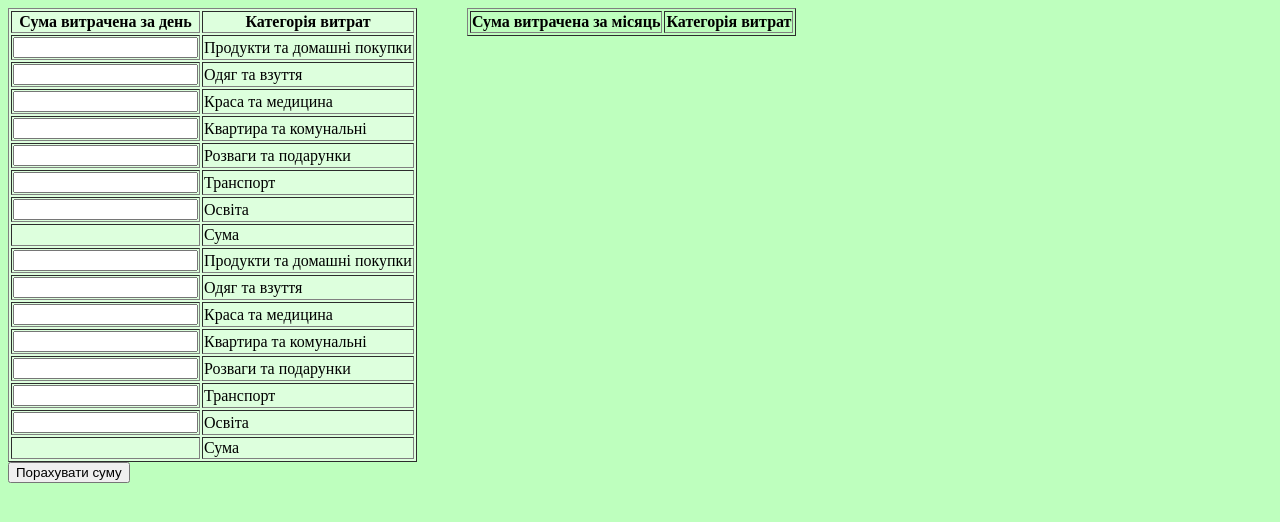
Repository: alexandrastarovoyda-star/Planer2
Page: index.html
The author's editor kept a copy of each file at every save. The page is drawn from the files as they stood at one save, then again after the next save.
The browser window is 1280 px wide. The pictures show the whole page.

Above is the page before, as saved 2026-03-25 22:03:37.

### index.html
<!DOCTYPE html>
<html lang="uk">
    <head>
            <meta charset="UTF-8">
            <title>Планер бюджету</title>
            <link rel="stylesheet" href="css/all.css">
            <link rel="stylesheet" href="css/index.css">
    </head>
    <body>
        <div class="table_ghorisontal">
            <div>
            <table border="1" class="table_calculator" id="day_spend_table">
                <tr>
                    <th>Сума витрачена за день</th>
                    <th>Категорія витрат</th>
                </tr>
            </table>
            <button id="Calculate_sum">Порахувати суму</button>
            </div>
            <div>
            <table border="1" class="table_calculator" id="month_spend_table">
                <tr>
                    <th>Сума витрачена за місяць</th>
                    <th>Категорія витрат</th>
                </tr>
            </table>
            </div>
        </div>
    <script src="js/index.js"></script>
    </body>
</html>

### css/all.css
body{
    background: rgba(172, 255, 172, 0.781);
}

### css/index.css
#day_spend_table{
    background: rgba(255, 255, 255, 0.466);
}

.table_ghorisontal{
    display: flex;
    gap: 50px;
}

### js/index.js
{
    const list1 = ['Продукти та домашні покупки', 'Одяг та взуття', 'Краса та медицина', 'Квартира та комунальні', 'Розваги та подарунки', 'Транспорт', 'Освіта'];

    list1.forEach(Myfunction);
    LoadData();

    function Myfunction(value, id){
        const tr = document.createElement('tr');
        const td1 = document.createElement('td');
        const td2 = document.createElement('td');
        const input = document.createElement('input');
        input.type = 'number';
        input.id = `input_${id}_day_spend_table`;
        input.addEventListener('input', SaveData);
        td2.textContent = value;
        td1.appendChild(input);
        tr.appendChild(td1);
        tr.appendChild(td2);
        document.getElementById('day_spend_table').appendChild(tr);
    };

    const tr = document.createElement('tr');
    const td1 = document.createElement('td');
    const td2 = document.createElement('td');
    td1.id = `sum1`;
    td2.textContent = 'Сума';
    tr.appendChild(td1);
    tr.appendChild(td2);
    document.getElementById('day_spend_table').appendChild(tr);

    function CalculeteSum(){
        let sum = 0;
        const inputs = document.querySelectorAll('#day_spend_table input');

        inputs.forEach(function(input){
            const value = Number(input.value);
            if(!isNaN(value)){
                sum += value;
            };
        });
        document.getElementById('sum1').textContent = sum;
    };

    document.getElementById('Calculate_sum').onclick = CalculeteSum;

    function SaveData(){
        const inputs = document.querySelectorAll('#day_spend_table input');
        inputs.forEach(function (input){
            localStorage.setItem(input.id, input.value);
        });
    };

    function LoadData (){
        const inputs = document.querySelectorAll('#day_spend_table input');
        inputs.forEach(function(input){
            const saved = localStorage.getItem(input.id);
            if(saved !== null)
                input.value = saved;
        });
    };
}

{
    const list1 = ['Продукти та домашні покупки', 'Одяг та взуття', 'Краса та медицина', 'Квартира та комунальні', 'Розваги та подарунки', 'Транспорт', 'Освіта'];

    list1.forEach(Myfunction);
    LoadData();

    function Myfunction(value, id){
        const tr = document.createElement('tr');
        const td1 = document.createElement('td');
        const td2 = document.createElement('td');
        const input = document.createElement('input');
        input.type = 'number';
        input.id = `input_${id}_month_spend_table`;
        input.addEventListener('input', SaveData);
        td2.textContent = value;
        td1.appendChild(input);
        tr.appendChild(td1);
        tr.appendChild(td2);
        document.getElementById('day_spend_table').appendChild(tr);
    };

    const tr = document.createElement('tr');
    const td1 = document.createElement('td');
    const td2 = document.createElement('td');
    td1.id = `sum1`;
    td2.textContent = 'Сума';
    tr.appendChild(td1);
    tr.appendChild(td2);
    document.getElementById('day_spend_table').appendChild(tr);
}

After the next save:
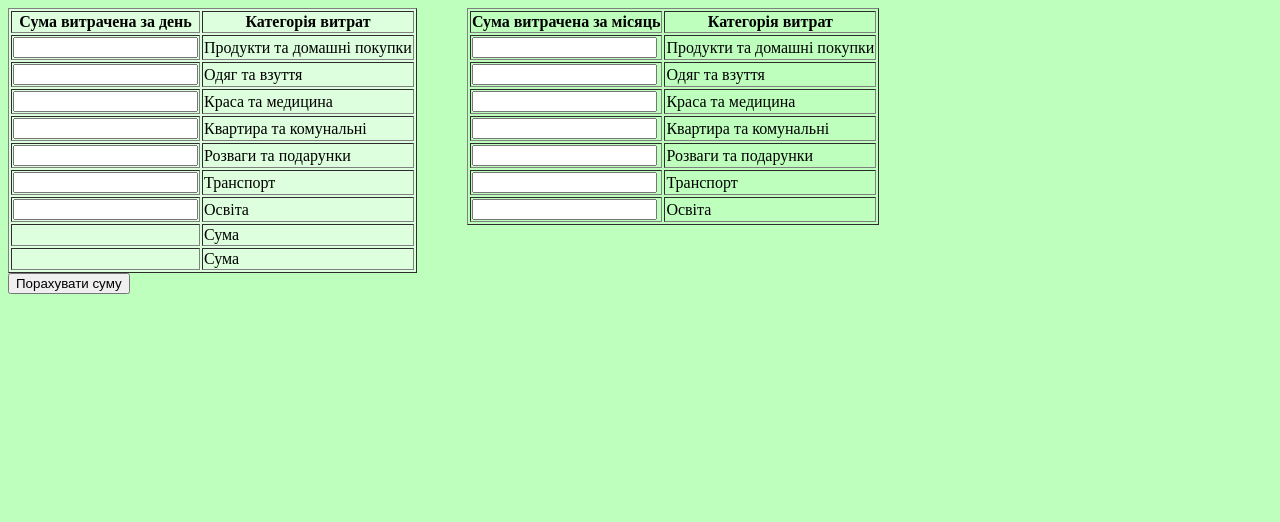
Saved 7 s later.
--- a/js/index.js
+++ b/js/index.js
@@ -78,7 +78,7 @@
         td1.appendChild(input);
         tr.appendChild(td1);
         tr.appendChild(td2);
-        document.getElementById('day_spend_table').appendChild(tr);
+        document.getElementById('month_spend_table').appendChild(tr);
     };
 
     const tr = document.createElement('tr');
